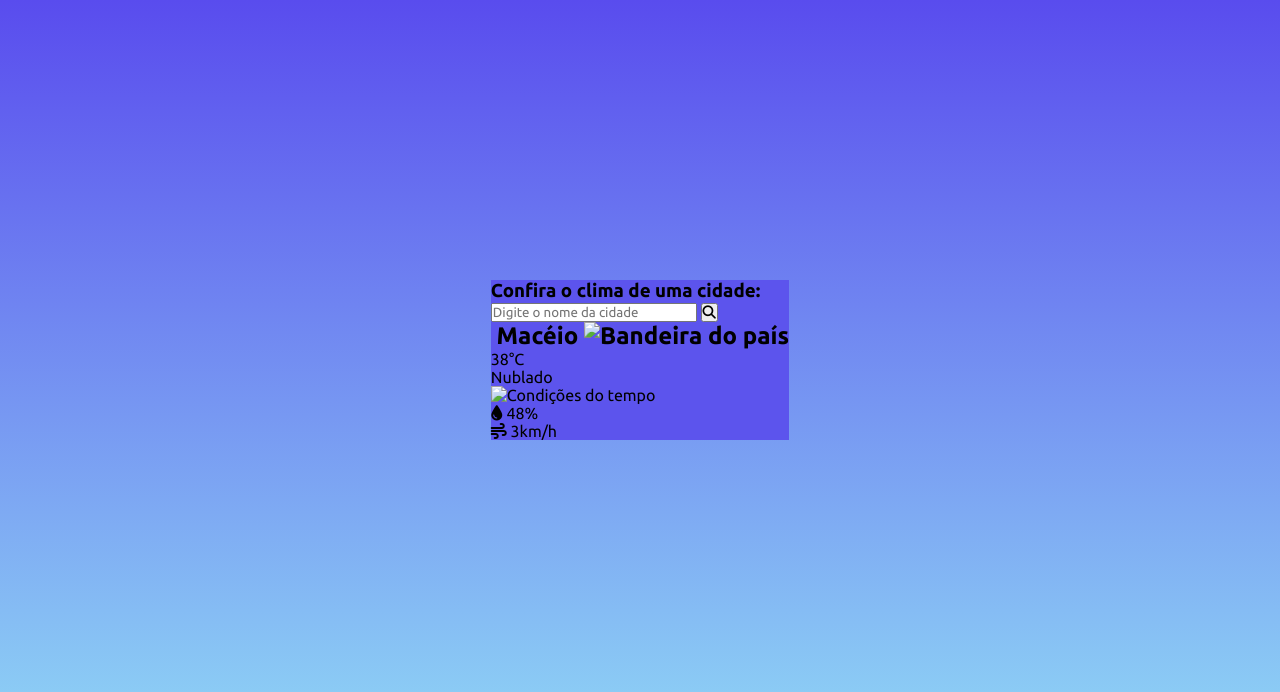
Repository: willamesalmeida/Clima
Page: index.html
These files come from the project's save history. The page is drawn as it stood at one moment and after the next save; the edit follows.
The browser window is 1280 px wide. The pictures show the whole page.

Above is the page before, as saved 2022-09-19 16:14:24.

After the next save:
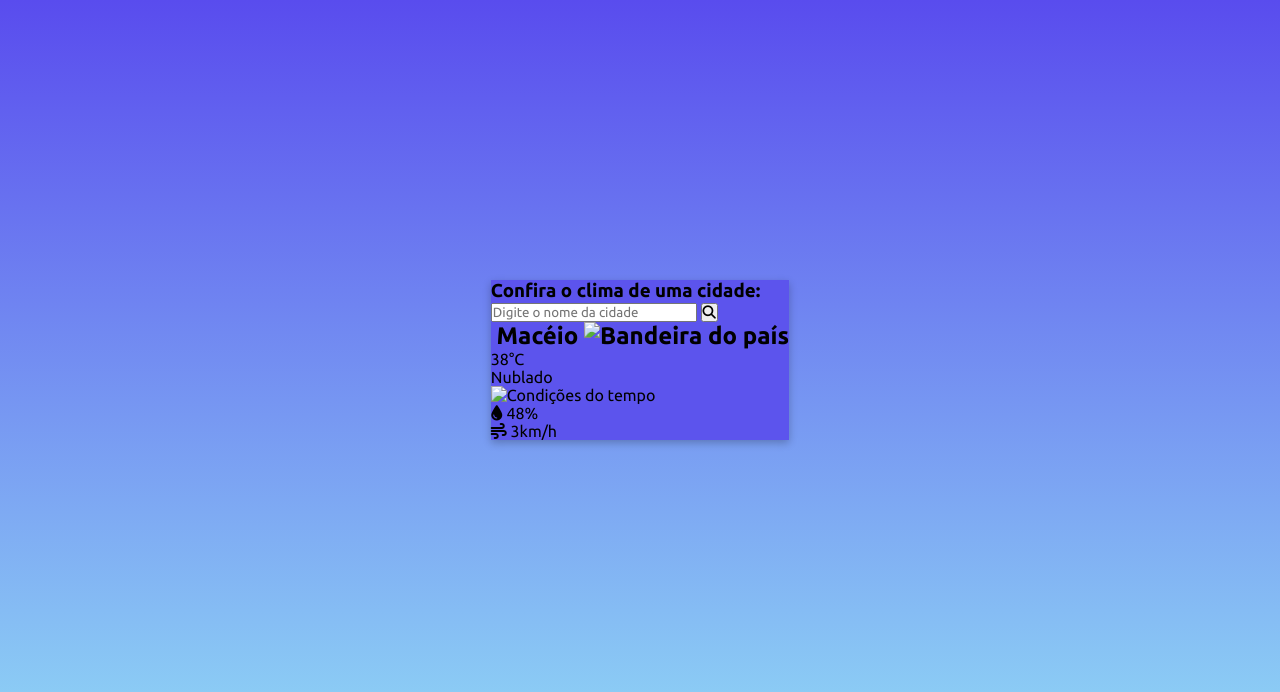
Saved 50 s later.
--- a/css/styles.css
+++ b/css/styles.css
@@ -18,4 +18,5 @@ body{
 
 .container{
     background-color: #5c54ed;
+    box-shadow: rgba(0,0,0,0.24) 0px 3px 8px;
 }
